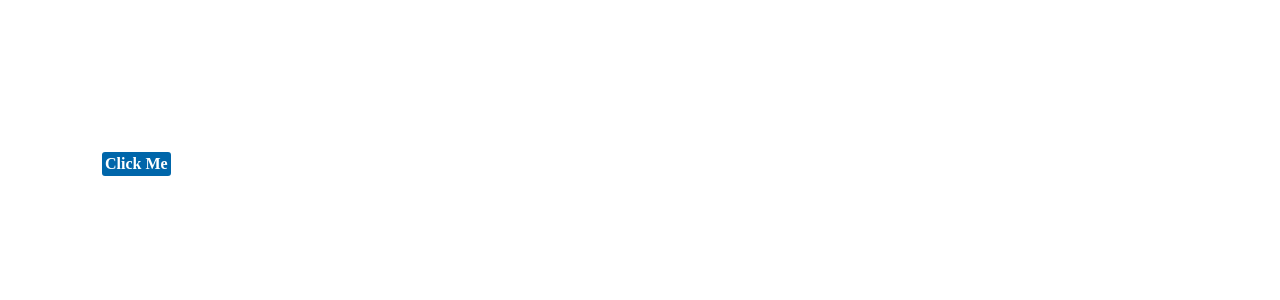
Repository: gerald30/workspace
Page: lesson01/first.html
An editor plug-in stored every save of this project. The page is shown before and after the next save, followed by the edit.
The browser window is 1280 px wide. The pictures show the whole page.

Above is the page before, as saved 2016-01-16 14:45:01.

### lesson01/first.html
<!DOCTYPE html>
<html>
  <head>
    <meta http-equiv="content-type" content="text/html; charset=utf-8"
/>
<style>
  span{
  background-color: #0066AA;
  color: #FFFFFF;
font-weight: bold;
border-color: #C0C0C0;
border:2px solid;
border-radius:5px;
padding: 3px;
position:absolute;
top:150px;
left:100px;
  }
</style>


  </head>
  <body>
    <span>Click Me</span>
  </body>
</html>

After the next save:
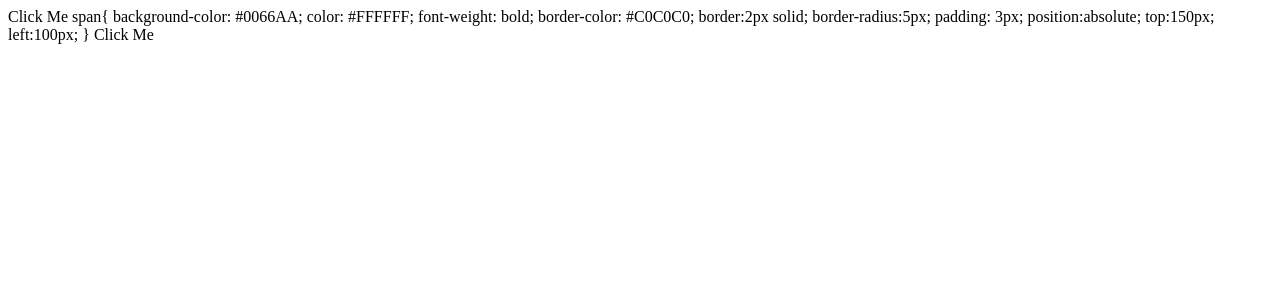
Saved 64 s later.
--- a/lesson01/first.html
+++ b/lesson01/first.html
@@ -3,7 +3,7 @@
   <head>
     <meta http-equiv="content-type" content="text/html; charset=utf-8"
 />
-<style>
+<span id="elusiveText" onmouseover="moveIt()">Click Me</span>
   span{
   background-color: #0066AA;
   color: #FFFFFF;
